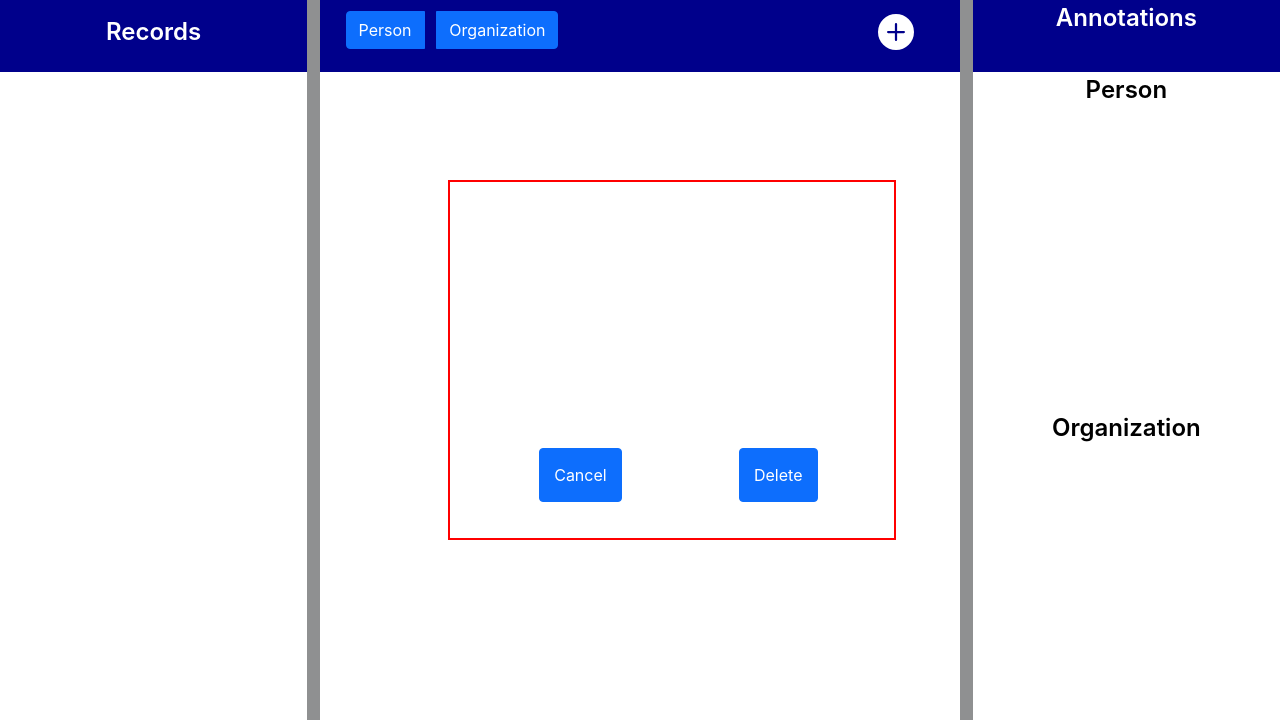
Repository: napan24/classforma_assignment
Page: / (app in client/)
These files come from the project's save history. The page is drawn as it stood at one moment and after a run of saves; the edit follows.
The browser window is 1280 px wide. The pictures show the whole page.
The project was rebuilt for these pictures with package versions that can differ from the ones it lists, and the page was loaded fresh each time. Also part of the build but not shown: client/src/App.css.

Above is the page before, as saved 2022-07-20 16:42:30.

### client/public/index.html
<!DOCTYPE html>
<html lang="en">
  <head>
    <meta charset="utf-8" />
    <link rel="icon" href="%PUBLIC_URL%/favicon.ico" />
    <meta name="viewport" content="width=device-width, initial-scale=1" />
    <meta name="theme-color" content="#000000" />
    <meta
      name="description"
      content="Web site created using create-react-app"
    />
    <link href="https://cdn.jsdelivr.net/npm/bootstrap@5.1.3/dist/css/bootstrap.min.css" rel="stylesheet" integrity="sha384-1BmE4kWBq78iYhFldvKuhfTAU6auU8tT94WrHftjDbrCEXSU1oBoqyl2QvZ6jIW3" crossorigin="anonymous">
    <link rel="apple-touch-icon" href="%PUBLIC_URL%/logo192.png" />
    <!--
      manifest.json provides metadata used when your web app is installed on a
      user's mobile device or desktop. See https://developers.google.com/web/fundamentals/web-app-manifest/
    -->
    <link rel="manifest" href="%PUBLIC_URL%/manifest.json" />
    <!--
      Notice the use of %PUBLIC_URL% in the tags above.
      It will be replaced with the URL of the `public` folder during the build.
      Only files inside the `public` folder can be referenced from the HTML.

      Unlike "/favicon.ico" or "favicon.ico", "%PUBLIC_URL%/favicon.ico" will
      work correctly both with client-side routing and a non-root public URL.
      Learn how to configure a non-root public URL by running `npm run build`.
    -->
    <title>React App</title>
  </head>
  <body>
    <noscript>You need to enable JavaScript to run this app.</noscript>
    <div id="root"></div>
    <!--
      This HTML file is a template.
      If you open it directly in the browser, you will see an empty page.

      You can add webfonts, meta tags, or analytics to this file.
      The build step will place the bundled scripts into the <body> tag.

      To begin the development, run `npm start` or `yarn start`.
      To create a production bundle, use `npm run build` or `yarn build`.
    -->
    <script src="https://cdn.jsdelivr.net/npm/bootstrap@5.1.3/dist/js/bootstrap.bundle.min.js" integrity="sha384-ka7Sk0Gln4gmtz2MlQnikT1wXgYsOg+OMhuP+IlRH9sENBO0LRn5q+8nbTov4+1p" crossorigin="anonymous"></script>
  </body>
</html>

### client/src/App.js
import logo from './logo.svg';
import './App.css';
import Home from './Home';

function App() {
  return (
    <>
      <Home></Home>
    </>
  );
}

export default App;

### client/src/Home.js
'strict origin'
import React, { useState, useEffect } from 'react'
const Home = () => {
    const [textField, setTextField] = useState();
    const [person, setPerson] = useState();
    const [place, setPlace] = useState();
    const [personName, setPersonName] = useState(['']);
    const [placeName, setPlaceName] = useState(['']);
    useEffect(() => {
        if (textField) {
            trending();
        }
    }, [textField])
    const trending = async () => {
        const res = await fetch("/", {
            method: 'POST',
            headers: {
                "Content-Type": "application/json"
            },
            body: JSON.stringify({ textField })
        });
        const result = await res.json();
        console.log(result);
        setPerson(result.filter((arr) => arr.type == 'Person'));
        setPlace(result.filter((arr) => arr.type[0] == 'Place' || arr.type[0] == 'PopulatedPlace' || arr.type[0] == 'Settlement' || arr.type[0] == 'City'));
    };
    useEffect(() => {
        setPersonName(['']);
        if (person) {
            person.forEach(function (arrayItem) {
                setPersonName(curr => [...curr, arrayItem.entityId]);
            });
        }
    }, [person])
    useEffect(() => {
        setPlaceName(['']);
        if (place) {
            console.log(place);
            place.forEach(function (arrayItem) {
                setPlaceName(curr => [...curr, arrayItem.entityId]);
            });
        }
    }, [place])
    const showFile = async (e) => {
        e.preventDefault()
        const reader = new FileReader()
        reader.onload = async (e) => {
            const text = (e.target.result)
            setTextField(text);
        };
        reader.readAsText(e.target.files[0])
    }
    function replace(e) {
        var data = e.currentTarget.parentElement.querySelector('.userName').innerHTML;
        setTextField(textField.replace(data, ''));
    }
    return (
        <>
            <div style={{ height: "50vh", width: "35vw", backgroundColor: "white", position: "absolute", zIndex: '2', left: "35%", top: "25%", border: "2px solid red" }}>
                <button type="button" class="btn btn-primary" style={{ marginRight: "1vw",position:"absolute",bottom:"10%",left:"20%",padding:"2vh" }}>Cancel</button>
                <button style={{ marginRight: "1vw",position:"absolute",bottom:"10%",left:"65%",padding:"2vh" }} type="button" class="btn btn-primary">Delete</button>
            </div>
            <div style={{ display: 'flex', width: "100vw", height: "100vh", backgroundColor: "#8f9091", overflow: "hidden" }}>
                <div style={{ width: "24vw", height: "100vh", backgroundColor: "white", marginRight: "1vw" }}>
                    <div style={{ width: "24vw", height: "10vh", backgroundColor: "#00008b", textAlign: 'center', fontSize: '150%', color: "white", fontWeight: "600", position: "fixed" }}>
                        <p style={{ marginTop: "2vh" }}>
                            Records
                        </p>
                    </div>
                    <div>

                    </div>
                </div>
                <div style={{ width: "50vw", height: "100vh", backgroundColor: "white", marginRight: "1vw", overflowY: "unset" }}>
                    <div style={{ width: "50vw", height: "10vh", backgroundColor: "#00008b", position: 'relative', overflowY: 'hidden' }}>
                        <div class="btn-group" style={{ marginTop: "1.5vh", marginLeft: "2vw" }}>
                            <button type="button" class="btn btn-primary" style={{ marginRight: "1vw" }}>Person</button>
                            <button type="button" class="btn btn-primary">Organization</button>
                        </div>
                        <label for="file">
                            <svg style={{ width: "20%", height: "50%", position: "absolute", right: "0", top: "2vh", color: "white" }} xmlns="http://www.w3.org/2000/svg" fill="currentColor" class="bi bi-plus-circle-fill" viewBox="0 0 16 16">
                                <path d="M16 8A8 8 0 1 1 0 8a8 8 0 0 1 16 0zM8.5 4.5a.5.5 0 0 0-1 0v3h-3a.5.5 0 0 0 0 1h3v3a.5.5 0 0 0 1 0v-3h3a.5.5 0 0 0 0-1h-3v-3z" />
                            </svg>
                        </label>
                        <input type="file" id="file" onChange={(e) => showFile(e)} style={{ display: "none" }} />
                    </div>
                    <div style={{ width: "48vw", height: "85vh", marginLeft: "2vw", marginTop: "5vh", overflowY: "scroll" }}>
                        {textField}
                    </div>
                </div>
                <div style={{ width: "24vw", height: "100vh", backgroundColor: "white" }}>
                    <div style={{ width: "24vw", height: "10vh", backgroundColor: "#00008b", textAlign: 'center', fontSize: '150%', color: "white", fontWeight: "600" }}>
                        <p>
                            Annotations
                        </p>
                    </div>
                    <div style={{ width: "24vw", height: "5vh", backgroundColor: "white", textAlign: 'center', fontSize: '150%', color: "black", fontWeight: "600", marginBottom: "2vh" }}>
                        <p>
                            Person
                        </p>
                    </div>
                    <div style={{ maxWidth: "24vw", height: "40vh", backgroundColor: "white", textAlign: 'center', fontSize: '150%', color: "black", fontWeight: "600", zIndex: "2", overflowY: "scroll", overflowX: "hidden" }}>
                        {personName && personName.map((user) => (
                            user.length > 0 && <div style={{ width: "24vw", color: "black", height: "3vh", fontSize: "2vh", position: 'relative', borderBottom: '1px solid black' }}>
                                <span className='userName' style={{ width: "12vw" }}>
                                    {user}
                                </span>
                                <svg onClick={(e) => { replace(e) }} style={{ width: "3.5vw", height: "3.5vh", position: 'absolute', right: "0vw", top: "0vh" }} xmlns="http://www.w3.org/2000/svg" style={{ height: "3vh", width: "2vw", color: 'red' }} fill="currentColor" class="bi bi-x" viewBox="0 0 16 16">
                                    <path d="M4.646 4.646a.5.5 0 0 1 .708 0L8 7.293l2.646-2.647a.5.5 0 0 1 .708.708L8.707 8l2.647 2.646a.5.5 0 0 1-.708.708L8 8.707l-2.646 2.647a.5.5 0 0 1-.708-.708L7.293 8 4.646 5.354a.5.5 0 0 1 0-.708z" />
                                </svg>
                            </div>
                        ))}
                    </div>
                    <div style={{ width: "24vw", height: "5vh", backgroundColor: "white", textAlign: 'center', fontSize: '150%', color: "black", fontWeight: "600", marginBottom: "2vh" }}>
                        <p>
                            Organization
                        </p>
                    </div>
                    <div style={{ width: "24vw", height: "40vh", backgroundColor: "white", textAlign: 'center', fontSize: '150%', color: "black", fontWeight: "600", overflowY: "scroll" }}>
                        {placeName && placeName.map((user) => (
                            user.length > 0 && <div style={{ width: "24vw", color: "black", height: "3vh", fontSize: "2vh", position: 'relative', borderBottom: '1px solid black' }}>
                                <span className='userName' style={{ width: "12vw" }}>
                                    {user}
                                </span>
                                <svg onClick={(e) => { replace(e) }} style={{ width: "3.5vw", height: "3.5vh", position: 'absolute', right: "0vw", top: "0vh" }} xmlns="http://www.w3.org/2000/svg" style={{ height: "3vh", width: "2vw", color: 'red' }} fill="currentColor" class="bi bi-x" viewBox="0 0 16 16">
                                    <path d="M4.646 4.646a.5.5 0 0 1 .708 0L8 7.293l2.646-2.647a.5.5 0 0 1 .708.708L8.707 8l2.647 2.646a.5.5 0 0 1-.708.708L8 8.707l-2.646 2.647a.5.5 0 0 1-.708-.708L7.293 8 4.646 5.354a.5.5 0 0 1 0-.708z" />
                                </svg>
                            </div>
                        ))}
                    </div>
                </div>
            </div>
        </>
    )
}

export default Home

Loaded but not shown: client/src/index.js (common file); client/src/index.css (common file); client/src/reportWebVitals.js (common file)

After the next 2 saves:
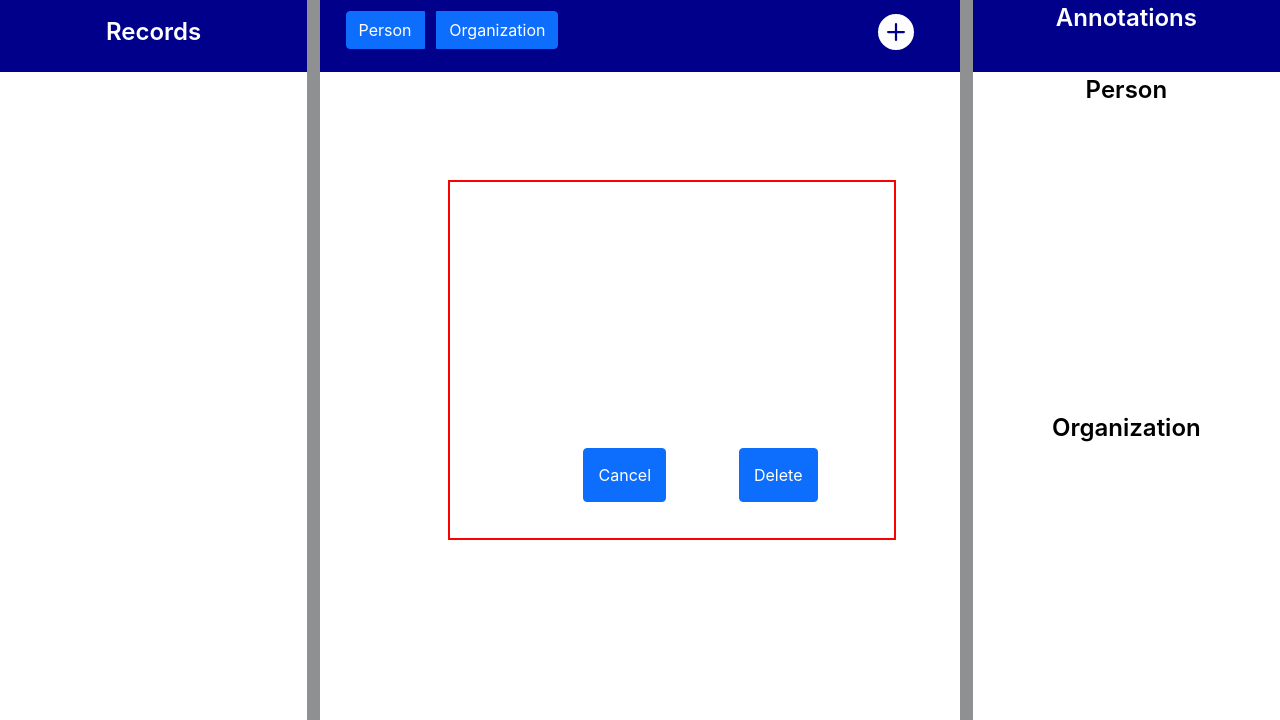
The 2 saves are shown as one change because they came seconds apart.
The last was saved 8 s later.
--- a/client/src/Home.js
+++ b/client/src/Home.js
@@ -57,7 +57,7 @@ const Home = () => {
     return (
         <>
             <div style={{ height: "50vh", width: "35vw", backgroundColor: "white", position: "absolute", zIndex: '2', left: "35%", top: "25%", border: "2px solid red" }}>
-                <button type="button" class="btn btn-primary" style={{ marginRight: "1vw",position:"absolute",bottom:"10%",left:"20%",padding:"2vh" }}>Cancel</button>
+                <button type="button" class="btn btn-primary" style={{ marginRight: "1vw",position:"absolute",bottom:"10%",left:"30%",padding:"2vh" }}>Cancel</button>
                 <button style={{ marginRight: "1vw",position:"absolute",bottom:"10%",left:"65%",padding:"2vh" }} type="button" class="btn btn-primary">Delete</button>
             </div>
             <div style={{ display: 'flex', width: "100vw", height: "100vh", backgroundColor: "#8f9091", overflow: "hidden" }}>
